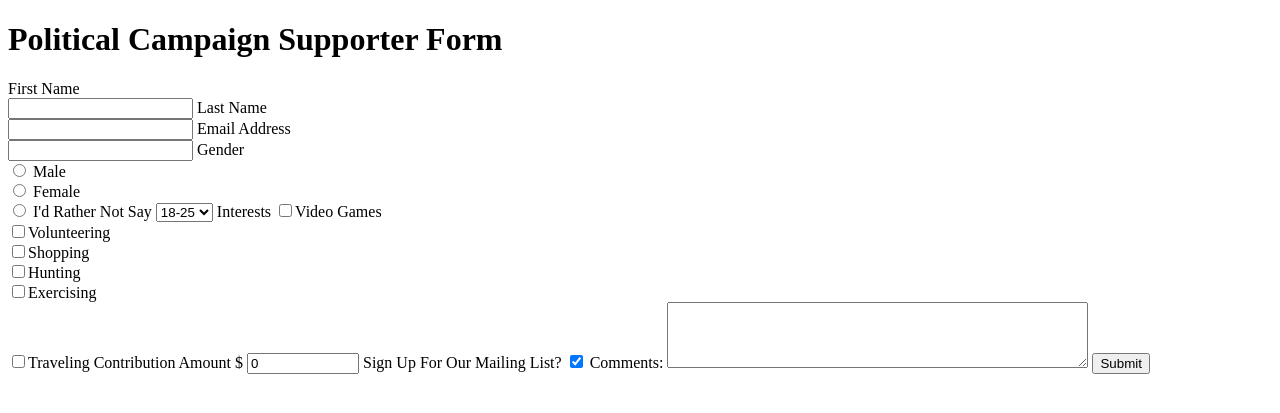
Repository: ryanaanderson0/COSW30
Page: Homework/Homework2/contact.html
The author's editor kept a record of every edit. The page is drawn from the files as they stood at one moment, then again after the next edit.
The browser window is 1280 px wide. The pictures show the whole page.

Above is the page before.

### Homework/Homework2/contact.html
<!DOCTYPE html>
<html>
    <meta charset="utf-8">
    <head>
        <title>Homework 2:Political Campaign Supporter Form</title>
    </head>
    <body>
        <h1>Political Campaign Supporter Form</h1>

        <form method="POST" action="process_contact.php">

        <label>First Name</label> <br>
        <input type="text" id="first_name" name="first_name" required>

        <label>Last Name</label> <br>
        <input type="text" id="last_name" name="last_name" required>

        <label>Email Address</label> <br>
        <input type="email" id="email" name="email" required>

        <label>Gender</label> <br>
        <input type="radio" id="gender" name="gender" value="male" required> Male<br>
        <input type="radio" id="gender" name="gender" value="Female" required> Female<br>
        <input type="radio" id="gender" name="gender" value="Unspecified" required> I'd Rather Not Say

        <select id="age" required>
            <option value="18-25" name="age1">18-25</option>
            <option value="26-35">26-35</option>
            <option value="35-45">35-45</option>
            <option value="46+">46+</option>
        </select>

        <label>Interests</label>
        <input type="checkbox" id="interests" name="interest[]" value="video_games">Video Games<br>
        <input type="checkbox" id="interests" name="interest[]" value="volunteering">Volunteering<br>
        <input type="checkbox" id="interests" name="interest[]" value="shopping">Shopping<br>
        <input type="checkbox" id="interests" name="interest[]" value="hunting">Hunting<br>
        <input type="checkbox" id="interests" name="interest[]" value="exercising">Exercising<br>
        <input type="checkbox" id="interests" name="interest[]" value="traveling">Traveling

        <label>Contribution Amount $</label>
        <input type="number" id="contribution" name="quantity" min="0" max="100000000" value="0">

        <label>Sign Up For Our Mailing List?</label>
        <input type="checkbox" id="mailing_list" name="mailing_list" value="yes" checked>

        <label>Comments:</label>
        <textarea rows="4" cols="50" name="comments">
        </textarea>

        <button>Submit</button>



        </form>
    </body>
</html>

After the next edit:
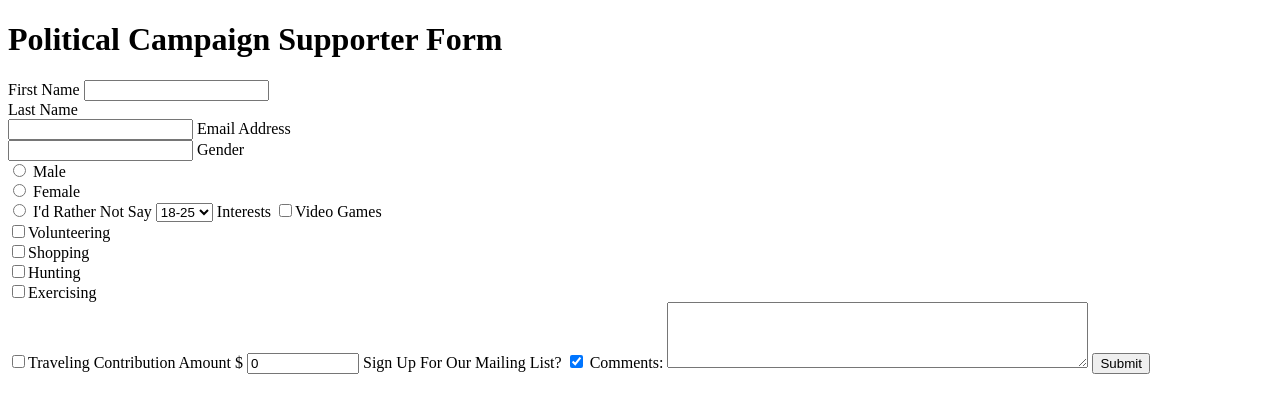
The edit:
--- a/Homework/Homework2/contact.html
+++ b/Homework/Homework2/contact.html
@@ -9,8 +9,8 @@
 
         <form method="POST" action="process_contact.php">
 
-        <label>First Name</label> <br>
-        <input type="text" id="first_name" name="first_name" required>
+        <label>First Name</label>
+        <input type="text" id="first_name" name="first_name" required><br>
 
         <label>Last Name</label> <br>
         <input type="text" id="last_name" name="last_name" required>
